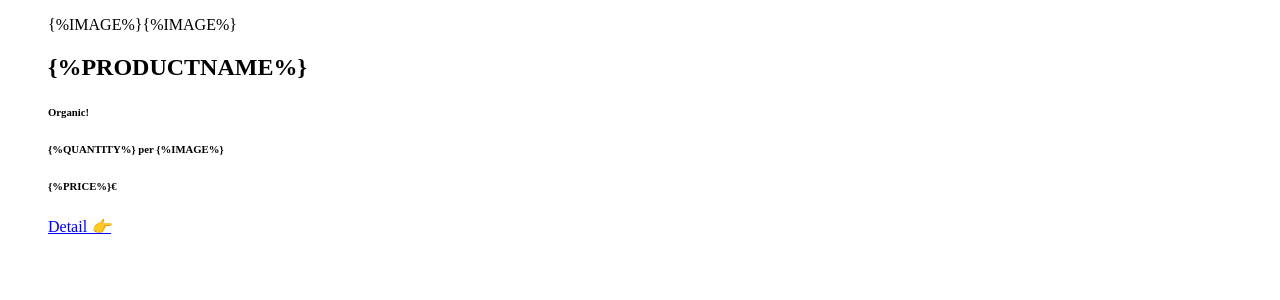
Repository: 13-Joban/Node_Farm_Backend
Page: templates/template-card.html
An editor plug-in stored every save of this project. The page is shown before and after the next save, followed by the edit.
The browser window is 1280 px wide. The pictures show the whole page.

Above is the page before, as saved 2022-07-17 09:30:37.

### templates/template-card.html
<figure class="card">
    <div class="card__emoji">{%IMAGE%}{%IMAGE%}</div>

    <div class="card__title-box">
      <h2 class="card__title">{%PRODUCTNAME%}</h2>
    </div>

    <div class="card__details">
      <div class="card__detail-box">
        <h6 class="card__detail card__detail--organic {%NOTORGANIC%}">Organic!</h6>
      </div>

      <div class="card__detail-box">
        <h6 class="card__detail">{%QUANTITY%} per {%IMAGE%} </h6>
      </div>

      <div class="card__detail-box">
        <h6 class="card__detail card__detail--price">{%PRICE%}€</h6>
      </div>
    </div>

    <a class="card__link" href="/products/id={%ID%}">
      <span>Detail <i class="emoji-right">👉</i></span>
    </a>
  </figure>

After the next save:
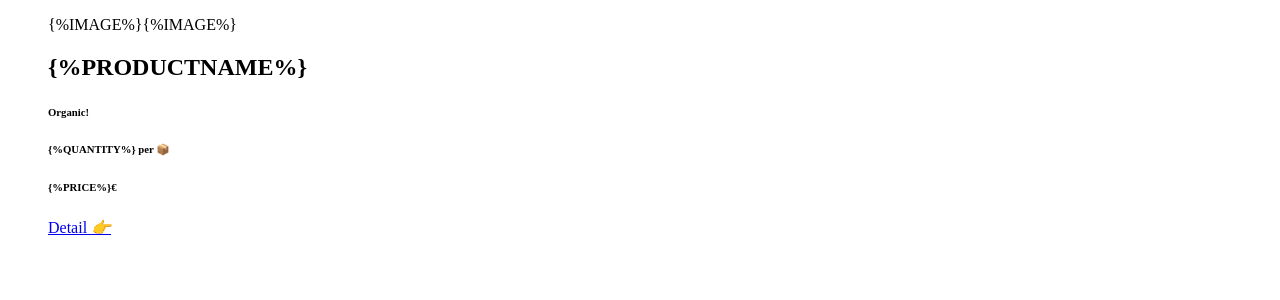
Saved 2 min 55 s later.
--- a/templates/template-card.html
+++ b/templates/template-card.html
@@ -11,7 +11,7 @@
       </div>
 
       <div class="card__detail-box">
-        <h6 class="card__detail">{%QUANTITY%} per {%IMAGE%} </h6>
+        <h6 class="card__detail">{%QUANTITY%} per 📦 </h6>
       </div>
 
       <div class="card__detail-box">
